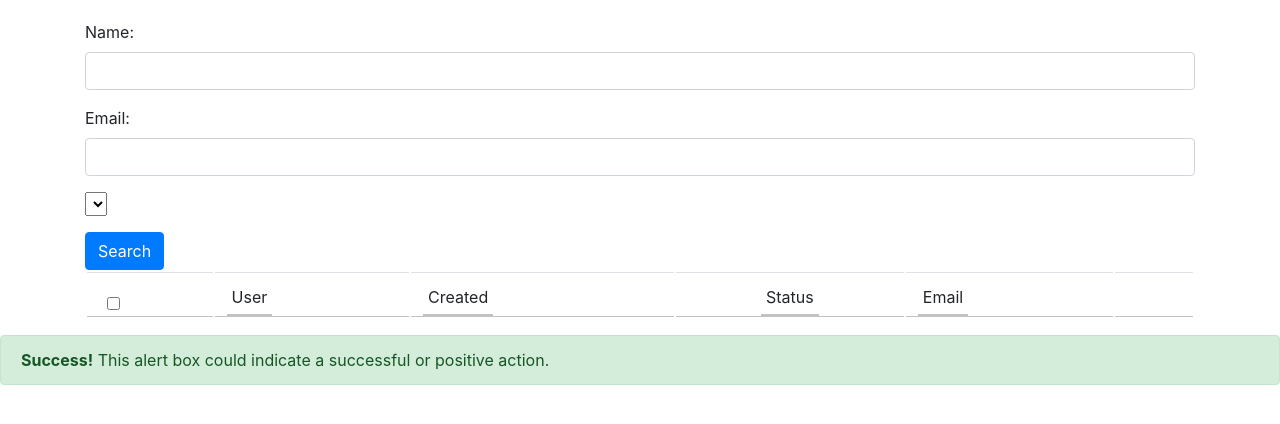
Repository: tienhoang123/Demo
Page: http://localhost/User/WEB-INF/views/user/list.jsp
An editor plug-in stored every save of this project. The page is shown before and after the next save, followed by the edit.
The browser window is 1280 px wide. The pictures show the whole page.
Some web libraries are served in a nearby version. The page is served by Tomcat 9. Nobody is signed in. Other server files are loaded and not shown. The template is opened directly, without the code that normally fills it, so the values that code supplies are empty.

Above is the page before, as saved 2019-10-15 02:57:01.
Console error: TypeError: Cannot read properties of undefined (reading 'fn')

### DemoCrud/User/src/main/webapp/WEB-INF/views/user/list.jsp
<%@ page language="java" contentType="text/html; charset=UTF-8"
	pageEncoding="UTF-8"%><!DOCTYPE html>
<%@ taglib uri="http://java.sun.com/jsp/jstl/core" prefix="c"%>
<%@ taglib prefix="form" uri="http://www.springframework.org/tags/form"%>
<%@ taglib prefix="fmt" uri="http://java.sun.com/jsp/jstl/fmt"%>
<c:url var="formUrl" value="/home" />
<html>
<head>
<meta http-equiv="Content-Type" content="text/html; charset=UTF-8">
<title>Home</title>
<link href="https://maxcdn.bootstrapcdn.com/font-awesome/4.3.0/css/font-awesome.min.css" rel="stylesheet">
<link href="<c:url value='/resources/css/boostrapcss/bootstrap.min.css'/>" rel="stylesheet" id="bootstrap-css">
<script src="<c:url value='/resources/js/bootstrapjs/bootstrap.min.js'/>"></script>
<script src="https://ajax.googleapis.com/ajax/libs/jquery/3.4.1/jquery.min.js"></script>
  <script src="https://cdnjs.cloudflare.com/ajax/libs/popper.js/1.14.7/umd/popper.min.js"></script>
<link href="<c:url value='/resources/css/home.css' />" rel="stylesheet">
</head>
<body>
	<form:form commandName="model" action="${formUrl}" id="listForm"
		method="GET">
		<div class="container">
			<div class="row">
				<div class="col-lg-12">
					<div class="main-box clearfix">
						<div class="table-responsive">

							<div class="form-group">
								<label for="usr">Name:</label>
								<form:input path="userName" cssClass="form-control" id="usr"
									name="username" />
							</div>
							<div class="form-group">
								<label for="pwd">Email:</label>
								<form:input path="email" cssClass="form-control" id="usr"
									name="email" />
							</div>
							<div class="form-group">

								<form:select path="maxPageItems" id="maxitem"
									cssClass="mdb-select md-form">
									<form:options items="${model.changeRecord}" />
								</form:select>
							</div>
							<button id="btnSearch" type="button" class="btn btn-primary">Search</button>


							<table class="table user-list">
								<thead>
									<tr>
										<th><input type='checkbox' id='checkAll'
											class='check-box-element'></th>
										<th><span>User</span></th>
										<th><span>Created</span></th>
										<th class="text-center"><span>Status</span></th>
										<th><span>Email</span></th>
										<th>&nbsp;</th>
									</tr>
								</thead>
								<tbody>

									<c:forEach items="${model.listResult}" var="items">
										<tr>
											<td><input type="checkbox" name="checkList"
												value="${items.id}" id="checkbox_${items.id}"
												class="check-box-element" onchange="checkedEvent(event)"></td>
											<td>${items.userName}</td>
											<td>${items.createdDate}</td>
											<td class="text-center"><span class="label label-danger">${items.status}</span>
											</td>
											<td><a href="#">${items.email}</a></td>
											<td style="width: 20%;"><a href="#" id="btnEdit" class="table-link btnEdit">
													<span class="fa-stack"> <i
														class="fa fa-square fa-stack-2x"></i> <i
														class="fa fa-search-plus fa-stack-1x fa-inverse"></i>
												</span>
											</a> <a href="#" class="table-link"> <span class="fa-stack">
														<i class="fa fa-square fa-stack-2x"></i> <i
														class="fa fa-pencil fa-stack-1x fa-inverse"></i>
												</span>
											</a> <a href="#" class="table-link danger btnDelete"> <span
													class="fa-stack"> <i
														class="fa fa-square fa-stack-2x"></i> <i
														class="fa fa-trash-o fa-stack-1x fa-inverse"></i>
												</span>
											</a></td>
										</tr>
									</c:forEach>

								</tbody>
							</table>
						</div>
						<c:if test="${model.totalItems > 0}">
							<nav aria-label="...">
								<ul class="pagination justify-content-end mt-3 mr-3">
									<li class="page-item "><a class="page-link"
										onclick="submitSearchForm(1);" href="#">First</a></li>
									<c:if test="${model.page - 1  < 1 }">
										<li class="page-item disabled"><a class="page-link"
											onclick="submitSearchForm(${model.page + 1});" href="#">Previous</a></li>
									</c:if>
									<c:if test="${model.page - 1  >= 1 }">
										<li class="page-item "><a class="page-link"
											onclick="submitSearchForm(${model.page - 1});" href="#">Previous</a></li>
									</c:if>


									<c:forEach begin="0" end="${model.totalPages - 1}"
										varStatus="loop">
										<c:if test="${model.page == loop.index + 1}">
											<li class="page-item active"><a class="page-link"
												onclick="submitSearchForm(${loop.index + 1});" href="#">${loop.index + 1}</a></li>
										</c:if>

										<c:if test="${model.page != loop.index + 1}">
											<li class="page-item"><a class="page-link"
												onclick="submitSearchForm(${loop.index + 1});" href="#">${loop.index + 1}</a></li>

										</c:if>
									</c:forEach>
									<c:if test="${model.page + 1  > model.totalPages }">
										<li class="page-item disabled"><a class="page-link"
											onclick="submitSearchForm(${model.page + 1});" href="#">Next</a></li>
									</c:if>
									<c:if test="${model.page + 1  <= model.totalPages }">
										<li class="page-item "><a class="page-link"
											onclick="submitSearchForm(${model.page + 1});" href="#">Next</a></li>
									</c:if>

									<li class="page-item "><a class="page-link"
										onclick="submitSearchForm(${model.totalPages});" href="#">Last</a></li>
								</ul>
							</nav>
						</c:if>
					</div>
				</div>
			</div>
		</div>
		<form:hidden path="page" id="page" />
	</form:form>
	<div class="container">
  <!-- The Modal -->
  <div class="modal" id="myModal" >
    <div class="modal-dialog">
      <div class="modal-content">

        <!-- Modal Header -->
        <div class="modal-header">
          <h4 class="modal-title">Modal Heading</h4>
          <button type="button" class="close" id="close" data-dismiss="modal">&times;</button>
        </div>

        <!-- Modal body -->
        <div class="modal-body">
          Modal body..
        </div>

        <!-- Modal footer -->
        <div class="modal-footer">
          <button type="button" id="btnRemove" class="btn btn-primary">Delete</button>
          <button type="button" class="btn btn-danger" id="btnClose" data-dismiss="modal">Close</button>
        </div>

      </div>
    </div>
  </div>

</div>

	 <div class="alert alert-success">
    <strong>Success!</strong> This alert box could indicate a successful or positive action.
  </div>

</body>
</html>
<script type="text/javascript">
	$(document).ready(function () {

	});

	function submitSearchForm(page) {
		$("#page").val(page);
		$("#maxitem").val();
		$("#listForm").submit();
	}
	$("#btnSearch").click(function(e){
		$("#page").val(1);
		$("#listForm").submit();
	});
	$("#checkAll").change(function(e){
		var checkboxs = document.getElementsByName('checkList');
		 for (let index = 0; index < checkboxs.length; index++) {
	            if (this.checked) {
	                checkboxs[index].checked = true;
	            } else {
	                checkboxs[index].checked = false;
	            }

	        }
	});
	$(".btnDelete").click(function(){
		$("#myModal").show();
	});
	$("#btnClose").click(function(){
		$("#myModal").hide();
	});
	$("#close").click(function(){
		$("#myModal").hide();
	});
   function	checkedEvent(event){
	   var sum = 0;
       var checkboxs = document.getElementsByName('checkList');
       for (let index = 0; index < checkboxs.length; index++) {
           if (checkboxs[index].checked) {
               sum++;
           }

       }
       if (event.target.checked) {
           if (sum == checkboxs.length) {
               document.getElementById('checkAll').checked = true;
           }
       } else {
           document.getElementById('checkAll').checked = false;
       }
	 }
	$("#btnRemove").click(function(){
		var dataArray = $(' tbody input[type=checkbox]:checked').map(function () {
            return $(this).val();
        }).get();
		deleteUser(dataArray);
	});

    function deleteUser(data) {
        $.ajax({
            url: '${API}',
            type: 'DELETE',
            contentType:'application/json',
            data: JSON.stringify(data),
            success: function(res) {

            },
            error: function(res) {

            }
        });
    }

</script>

### DemoCrud/User/src/main/webapp/resources/css/home.css

body{margin-top:20px;}


/* USER LIST TABLE */
.user-list tbody td > img {
    position: relative;
	max-width: 50px;
	float: left;
	margin-right: 15px;
}
.user-list tbody td .user-link {
	display: block;
	font-size: 1.25em;
	padding-top: 3px;
	margin-left: 60px;
}
.user-list tbody td .user-subhead {
	font-size: 0.875em;
	font-style: italic;
}

/* TABLES */
.table {
    border-collapse: separate;
}
.table-hover > tbody > tr:hover > td,
.table-hover > tbody > tr:hover > th {
	background-color: #eee;
}
.table thead > tr > th {
	border-bottom: 1px solid #C2C2C2;
	padding-bottom: 0;
}
.table tbody > tr > td {
	font-size: 0.875em;
	background: #f5f5f5;
	border-top: 10px solid #fff;
	vertical-align: middle;
	padding: 12px 8px;
}
.table tbody > tr > td:first-child,
.table thead > tr > th:first-child {
	padding-left: 20px;
}
.table thead > tr > th span {
	border-bottom: 2px solid #C2C2C2;
	display: inline-block;
	padding: 0 5px;
	padding-bottom: 5px;
	font-weight: normal;
}
.table thead > tr > th > a span {
	color: #344644;
}
.table thead > tr > th > a span:after {
	content: "\f0dc";
	font-family: FontAwesome;
	font-style: normal;
	font-weight: normal;
	text-decoration: inherit;
	margin-left: 5px;
	font-size: 0.75em;
}
.table thead > tr > th > a.asc span:after {
	content: "\f0dd";
}
.table thead > tr > th > a.desc span:after {
	content: "\f0de";
}
.table thead > tr > th > a:hover span {
	text-decoration: none;
	color: #2bb6a3;
	border-color: #2bb6a3;
}
.table.table-hover tbody > tr > td {
	-webkit-transition: background-color 0.15s ease-in-out 0s;
	transition: background-color 0.15s ease-in-out 0s;
}
.table tbody tr td .call-type {
	display: block;
	font-size: 0.75em;
	text-align: center;
}
.table tbody tr td .first-line {
	line-height: 1.5;
	font-weight: 400;
	font-size: 1.125em;
}
.table tbody tr td .first-line span {
	font-size: 0.875em;
	color: #969696;
	font-weight: 300;
}
.table tbody tr td .second-line {
	font-size: 0.875em;
	line-height: 1.2;
}
.table a.table-link {
	margin: 0 5px;
	font-size: 1.125em;
}
.table a.table-link:hover {
	text-decoration: none;
	color: #2aa493;
}
.table a.table-link.danger {
	color: #fe635f;
}
.table a.table-link.danger:hover {
	color: #dd504c;
}

.table-products tbody > tr > td {
	background: none;
	border: none;
	border-bottom: 1px solid #ebebeb;
	-webkit-transition: background-color 0.15s ease-in-out 0s;
	transition: background-color 0.15s ease-in-out 0s;
	position: relative;
}
.table-products tbody > tr:hover > td {
	text-decoration: none;
	background-color: #f6f6f6;
}
.table-products .name {
	display: block;
	font-weight: 600;
	padding-bottom: 7px;
}
.table-products .price {
	display: block;
	text-decoration: none;
	width: 50%;
	float: left;
	font-size: 0.875em;
}
.table-products .price > i {
	color: #8dc859;
}
.table-products .warranty {
	display: block;
	text-decoration: none;
	width: 50%;
	float: left;
	font-size: 0.875em;
}
.table-products .warranty > i {
	color: #f1c40f;
}
.table tbody > tr.table-line-fb > td {
	background-color: #9daccb;
	color: #262525;
}
.table tbody > tr.table-line-twitter > td {
	background-color: #9fccff;
	color: #262525;
}
.table tbody > tr.table-line-plus > td {
	background-color: #eea59c;
	color: #262525;
}
.table-stats .status-social-icon {
	font-size: 1.9em;
	vertical-align: bottom;
}
.table-stats .table-line-fb .status-social-icon {
	color: #556484;
}
.table-stats .table-line-twitter .status-social-icon {
	color: #5885b8;
}
.table-stats .table-line-plus .status-social-icon {
	color: #a75d54;
}

Loaded but not shown: DemoCrud/User/src/main/webapp/resources/css/boostrapcss/bootstrap.min.css (library); DemoCrud/User/src/main/webapp/resources/js/boostrapjs/bootstrap.min.js (library)

After the next save:
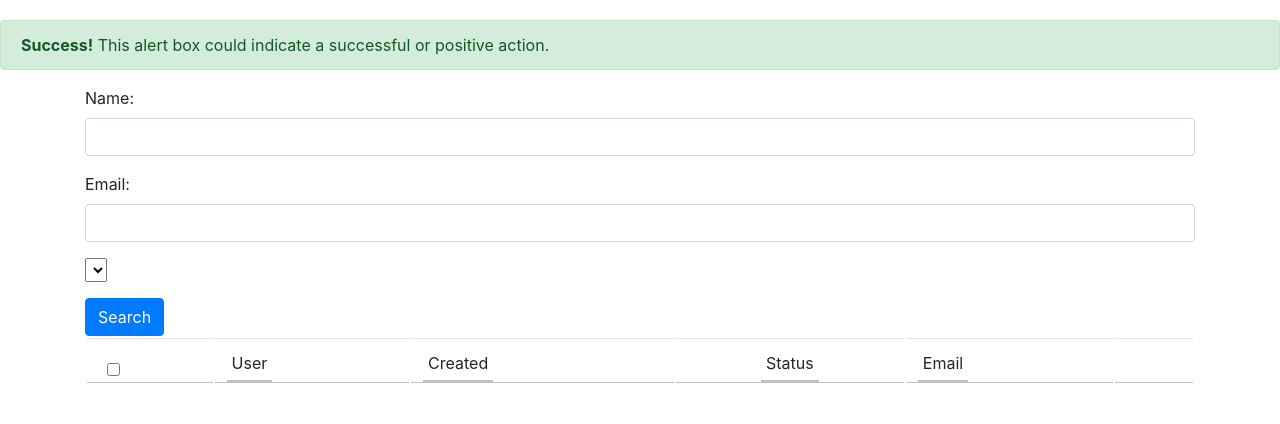
Saved 15 s later.
--- a/DemoCrud/User/src/main/webapp/WEB-INF/views/user/list.jsp
+++ b/DemoCrud/User/src/main/webapp/WEB-INF/views/user/list.jsp
@@ -16,6 +16,9 @@
 <link href="<c:url value='/resources/css/home.css' />" rel="stylesheet">
 </head>
 <body>
+ <div class="alert alert-success">
+    <strong>Success!</strong> This alert box could indicate a successful or positive action.
+  </div>
 	<form:form commandName="model" action="${formUrl}" id="listForm"
 		method="GET">
 		<div class="container">
@@ -166,9 +169,7 @@
 
 </div>
 
-	 <div class="alert alert-success">
-    <strong>Success!</strong> This alert box could indicate a successful or positive action.
-  </div>
+
 
 </body>
 </html>
